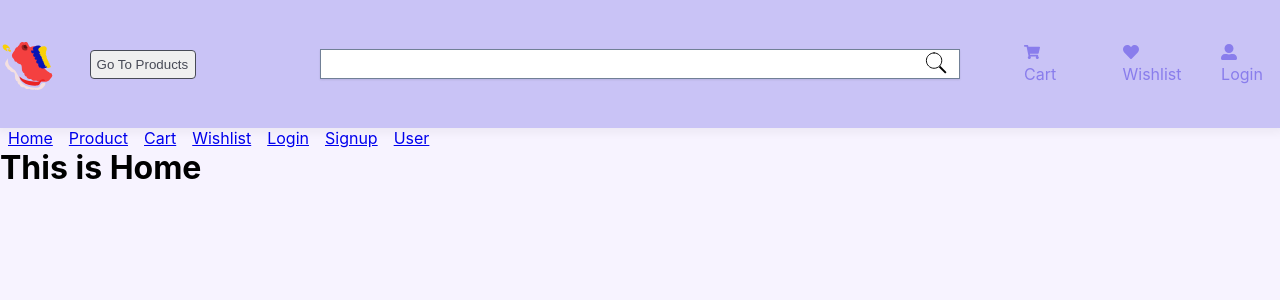
Repository: Irfan-vit/shoecase
Page: /
These files come from the project's save history. The page is drawn as it stood at one moment and after the next save; the edit follows.
The browser window is 1280 px wide. The pictures show the whole page.
The page's requests for data from a server got no answer. The project was rebuilt for these pictures with package versions that can differ from the ones it lists, and the page was loaded fresh each time. No one was signed in, and anything a server would have sent is missing. Also part of the build but not shown: src/pages/Product/ProductPage.jsx, src/pages/cart/CartPage.jsx, src/pages/wishlist/WishlistPage.jsx, src/pages/login/LoginPage.jsx, src/pages/signup/SignupPage.jsx, src/pages/user/StyledUser.jsx, src/components/forms/addAddress/AddAddress.jsx, src/components/forms/editAddress/EditAddress.jsx and 4 more.

Above is the page before, as saved 2023-05-22 04:32:03.

After the next save:
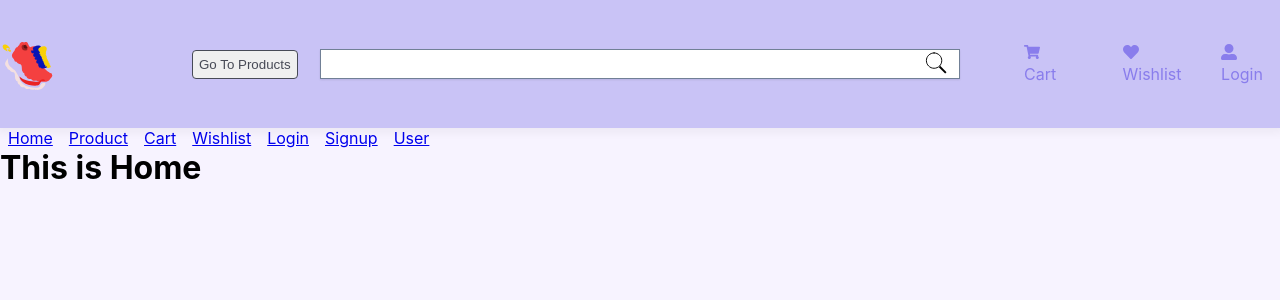
Saved 4 s later.
--- a/src/styles/NavBarStyles.jsx
+++ b/src/styles/NavBarStyles.jsx
@@ -23,7 +23,7 @@ const StyledNav = styled.nav`
       display: flex;
       align-items: center;
       flex-basis: 20%;
-      gap: 10%;
+      gap: 50%;
     }
     > :nth-child(2) {
       flex-basis: 50%;
